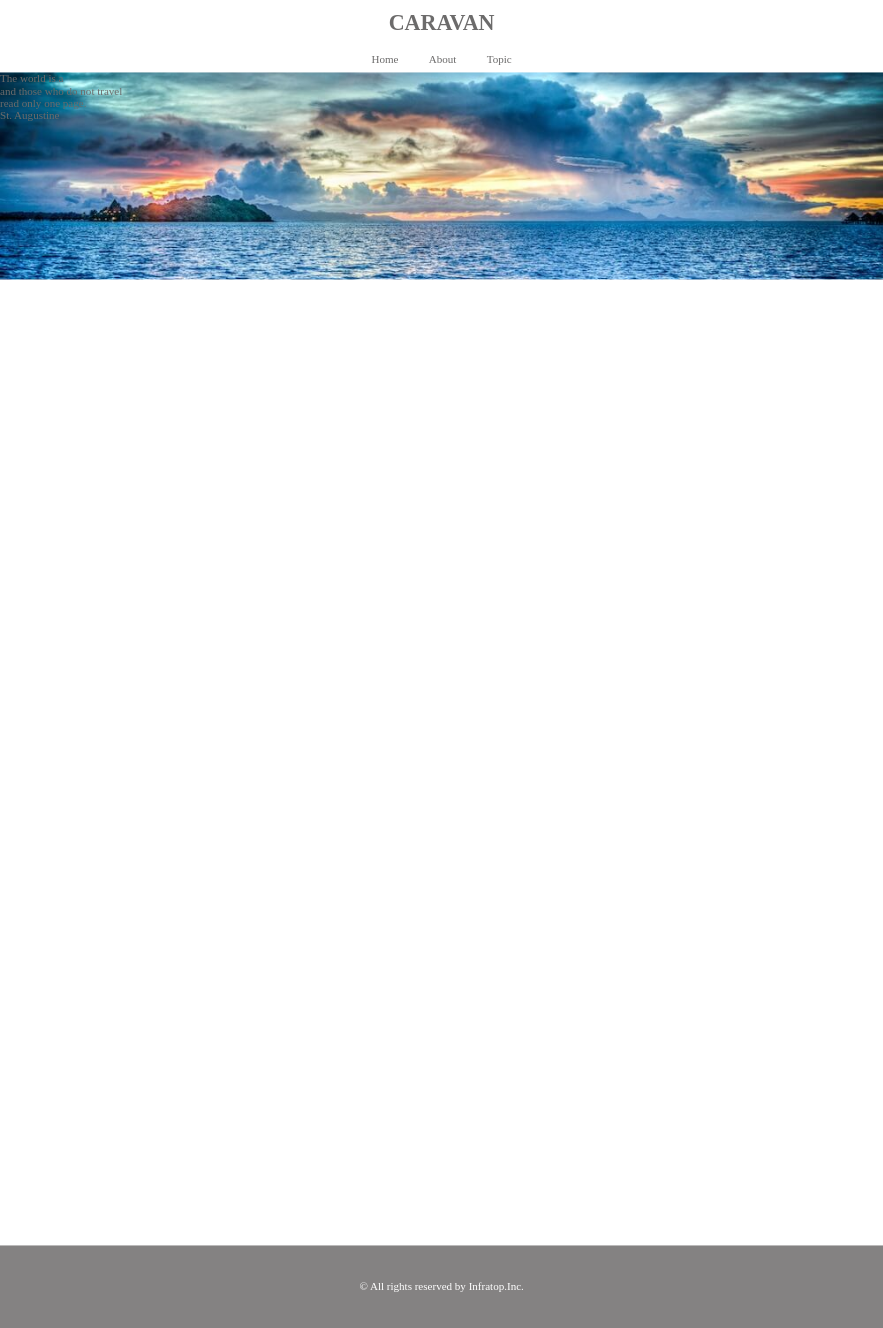
Repository: daisuketoyota/dmmwebxamp-toyota
Page: infratop/index.html
The author's editor kept a record of every edit. The page is drawn from the files as they stood at one moment, then again after the next edit.
The browser window is 1280 px wide. The pictures show the whole page, at 69% of full size.

Above is the page before.

### infratop/index.html
<!DOCTYPE html>
<html lang="ja">
  <head>
    <meta charset="UTF-8" />
    <!-- CSSファイルの読み込み -->
    <link rel="stylesheet" href="style.css" />
    <title>CARAVAN</title>
  </head>

  <body>
    <!-- header -->
    <header>
      <h1 class="heading">
        <a href="index.html">
          CARAVAN
        </a>
      </h1>
    </header>

    <!-- navigation -->
    <nav>
      <ul class="nav-list">
        <li class="nav-list-item">
          <a href="index.html">Home</a>
        </li>
        <li class="nav-list-item">About</li>
        <li class="nav-list-item">Topic</li>
      </ul>
    </nav>

    <!-- main-visual用のdiv -->
    <div class="main-visual">
      <div class="main-visual-content">
        <!-- pタグ（と文字）を追加 -->
        <p class="main-visual-text">
          The world is a<br />
          and those who do not travel <br />
          read only one page.
        </p>
        <p class="main-visual-name">
          St. Augustine
        </p>      </div>
    </div>

    <!-- main用のdiv -->
    <div class="main">
      <div class="blog"></div>
      <div class="sidebar"></div>
    </div>

    <!-- footer -->
    <footer>
      <p class="footer-text">© All rights reserved by Infratop.Inc.</p>
    </footer>
  </body>
</html>

### infratop/style.css
/* ブラウザがそれぞれ持っているCSSをリセットするための記述 */
* {
  margin: 0;
  padding: 0;
  box-sizing: border-box;
  color: #6c6b6b;
}

a {
  text-decoration: none;
}

header {
  width: 90%; /* 横幅90% */
  padding: 15px 0;
  margin: 0 auto;
  text-align: center;
}

header .heading {
  /* headerタグ内のheadingクラスにのみ反映される */
  font-size: 32px;
}

.nav-list {
  text-align: center;
  padding: 10px 0;
  margin: 0 auto;
}

.nav-list-item {
  list-style: none;
  display: inline-block;
  margin: 0 20px;
}

.main-visual {
  width: 100%; /* 横幅いっぱい */
  height: 300px; /* 高さ300px */
  background-image: url(img/mv.jpg);
  background-size: cover;
  background-position: center;
}

.main-visual-content {
  width: 350px; /* 横幅350px */
  height: 300px; /* 親の高さに揃える */
}

.main {
  width: 840px; /* 横幅840px */
  display: flex; /* Flexboxの利用 */
  justify-content: center; /* 要素の横並び・中央寄せ */
  margin: 0 auto;
}

.blog {
  width: 600px; /* 横幅600px */
  height: 1400px; /* 高さ1400px */
}

.sidebar {
  width: 240px; /* 横幅240px */
  height: 1400px; /* 高さ1400px */
}

footer {
  width: 100%;
  height: 120px;
  text-align: center;
  line-height: 120px;
  background-color: #848282;
}

.footer-text {
  color: #fff;
}

After the next edit:
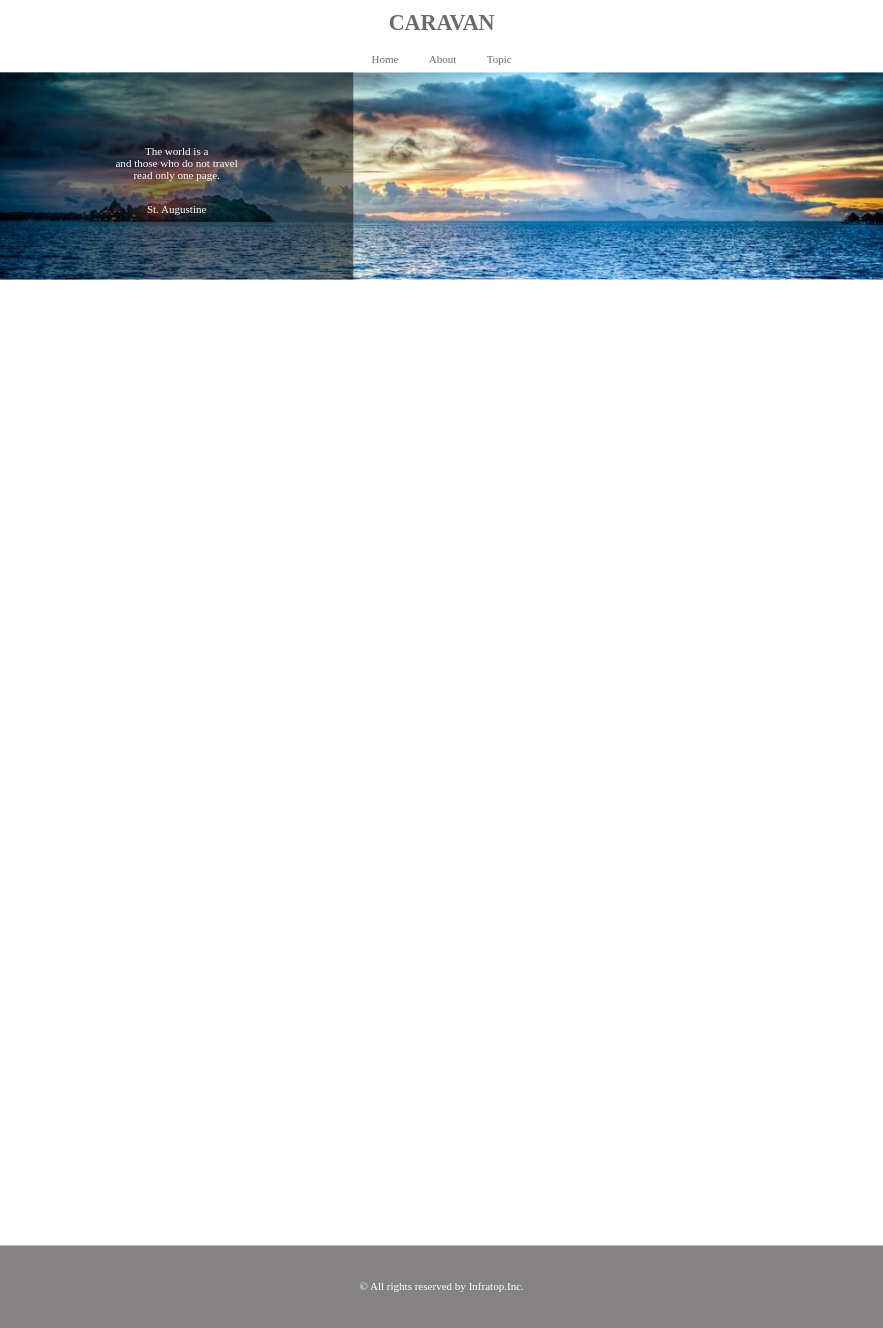
The edit:
--- a/infratop/style.css
+++ b/infratop/style.css
@@ -43,8 +43,20 @@
 }
 
 .main-visual-content {
-  width: 350px; /* 横幅350px */
+  width: 40% ; /* 横幅350px */
   height: 300px; /* 親の高さに揃える */
+  background-color: rgba( 0, 0, 0, 0.5); /* 背景色を半透明の黒にする */
+  text-align: center ;
+  padding-top: 105px;
+}
+
+.main-visual-text {
+  color: #fff; /* 文字色を白に変更 */
+}
+
+.main-visual-name {
+  margin-top: 30px; /* 上側の外側の余白 */
+  color: #fff; /* 文字色を白に変更 */
 }
 
 .main {
